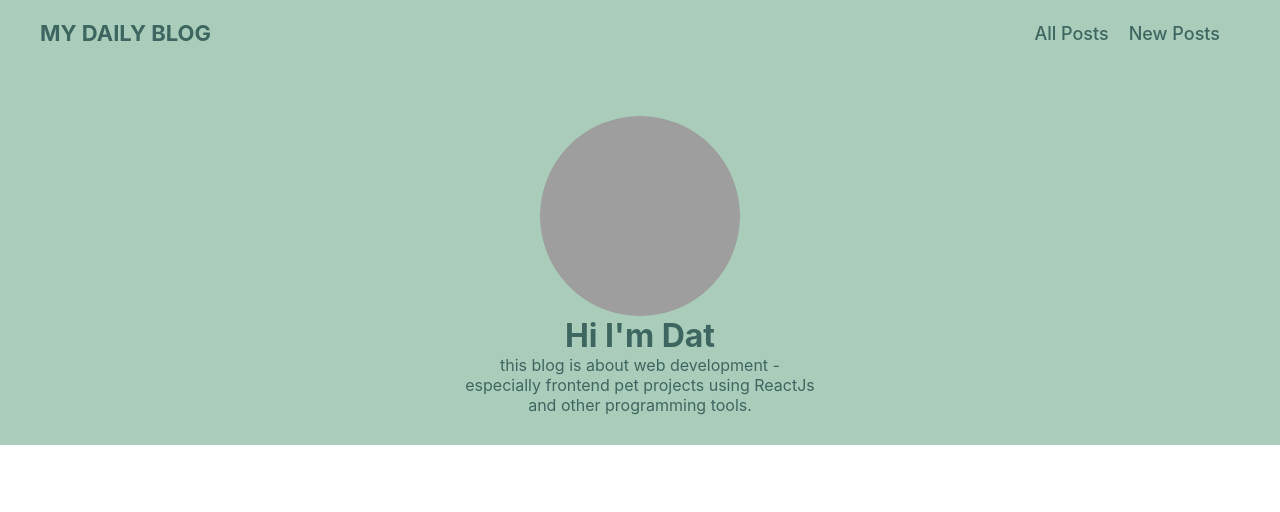
Repository: lyvandat/post-project-nextjs
Page: /
An editor plug-in stored every save of this project. The page is shown before and after the next save, followed by the edit.
The browser window is 1280 px wide. The pictures show the whole page.
Pictures or frames that could not be fetched are drawn as grey boxes. The project was rebuilt for these pictures with package versions that can differ from the ones it lists, and the page was loaded fresh each time. The framework's server and built-in components were replaced by stand-ins that run in the browser. Also part of the build but not shown: next.config.js.

Above is the page before, as saved 2022-09-25 11:12:02.

After the next save:
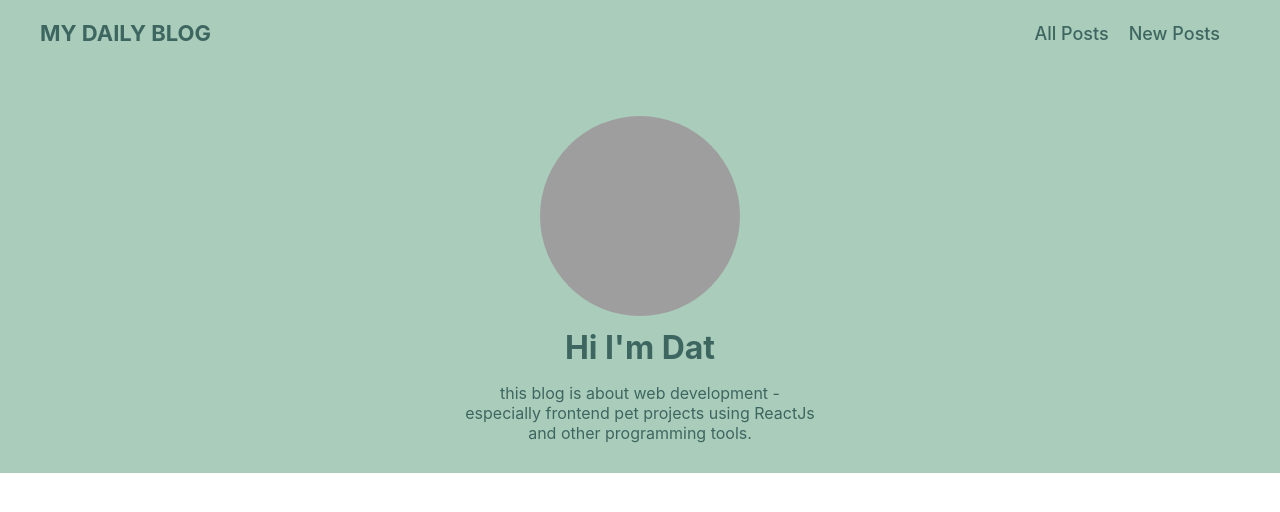
Saved 29 s later.
--- a/components/info/Info.module.css
+++ b/components/info/Info.module.css
@@ -18,6 +18,11 @@
   object-fit: cover;
 }
 
+.info h1 {
+  margin-top: 12px;
+  margin-bottom: 16px;
+}
+
 .info p {
   width: 30%;
   font-size: 1.6rem;
